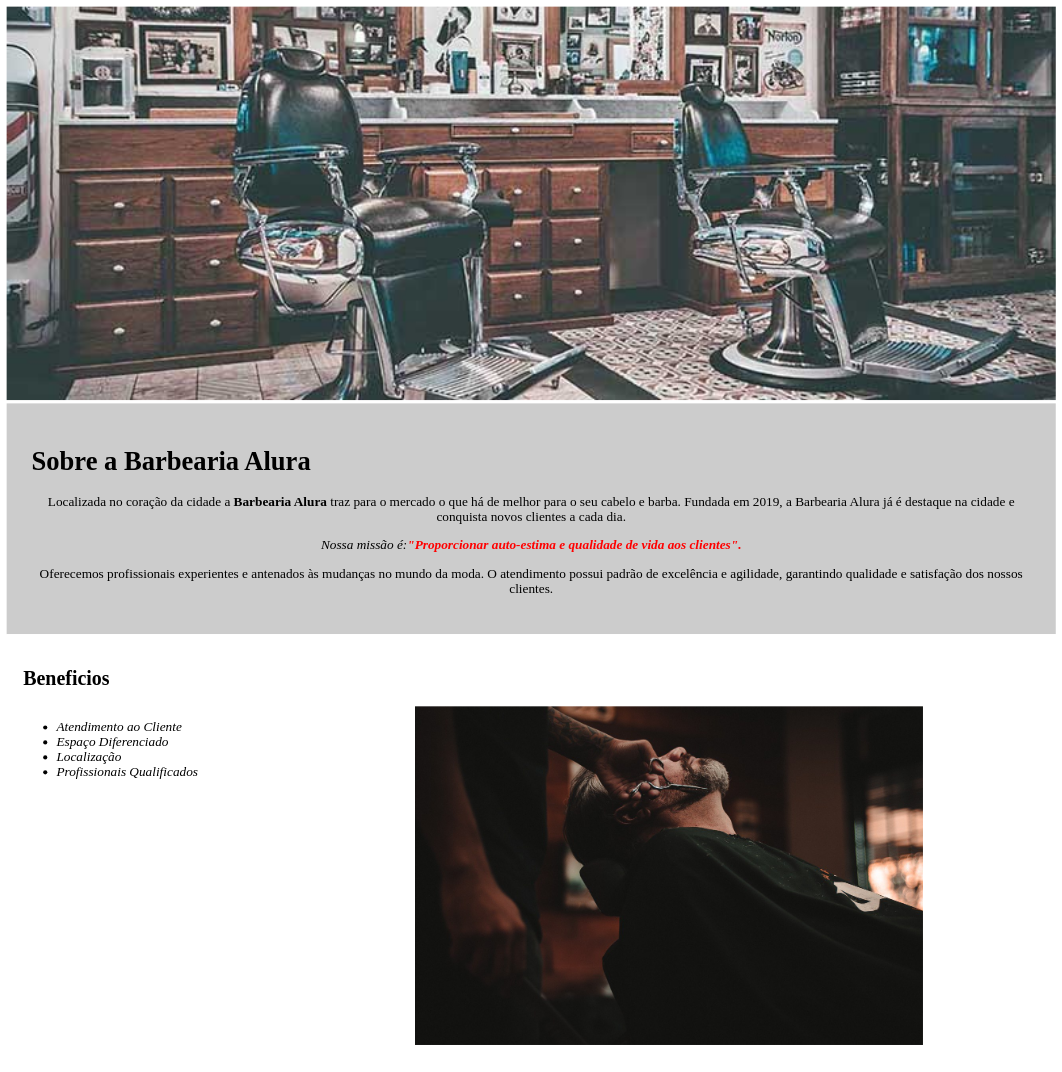
Repository: AnaBerlanda/AulaAlura
Page: index.html
The author's editor kept a copy of each file at every save. The page is drawn from the files as they stood at one save, then again after the next save.
The browser window is 1280 px wide. The pictures show the whole page, at 83% of full size.

Above is the page before, as saved 2022-04-08 15:42:34.

After the next save:
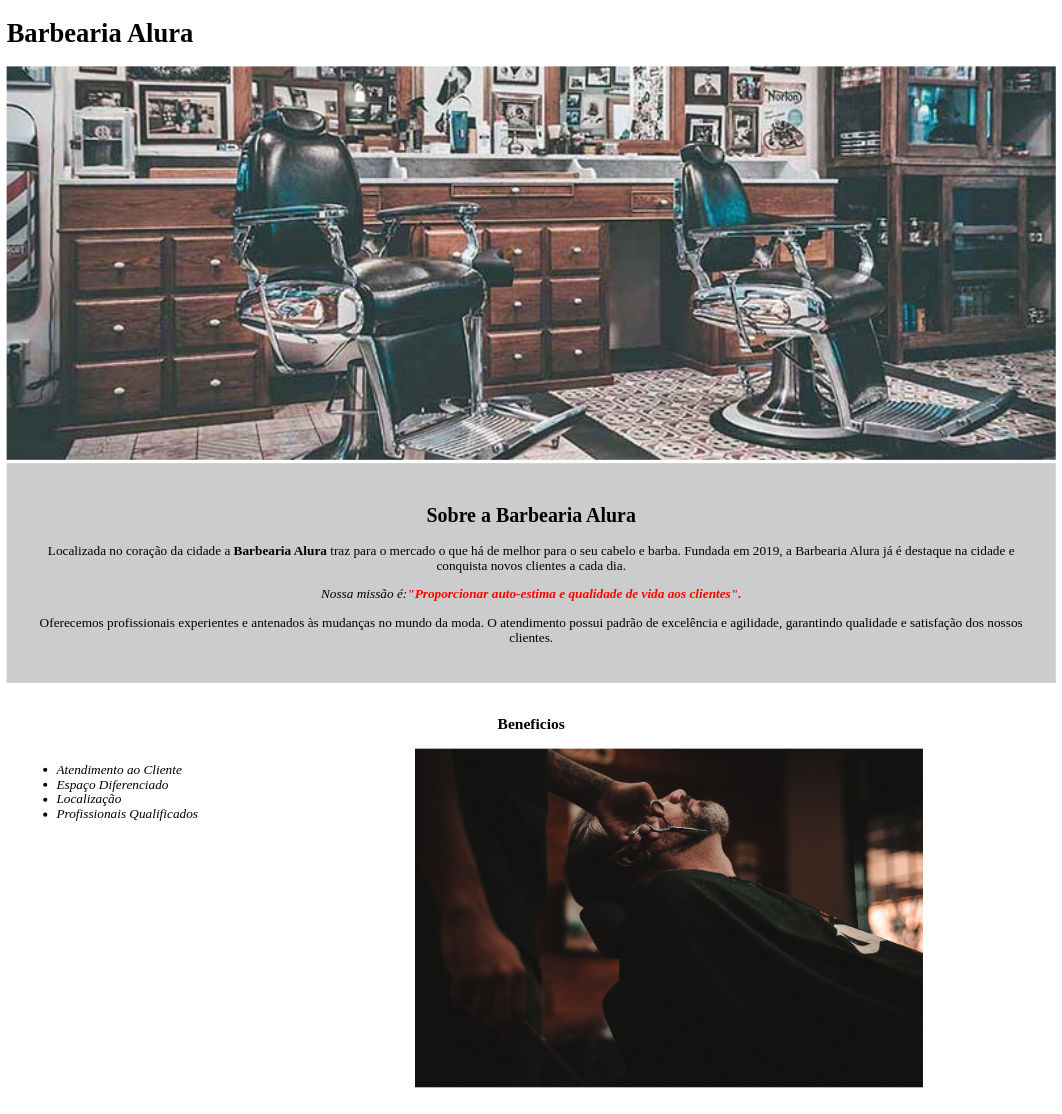
Saved 44 s later.
--- a/index.html
+++ b/index.html
@@ -7,10 +7,13 @@
     <link type="text/css" rel="stylesheet" href="index.css">
 </head>
 <body>
+    <header>
+        <h1>Barbearia Alura</h1>
+    </header>
     <img id="banner" src="imagem/banner.jpg">
     <div class="principal">
 
-        <h1>Sobre a Barbearia Alura</h1>
+        <h2 class="titulo-centralizado">Sobre a Barbearia Alura</h2>
         <p>Localizada no coração da cidade a <strong> Barbearia Alura</strong> traz para o mercado o que há de melhor para o seu cabelo e barba.
         Fundada em 2019, a Barbearia Alura já é destaque na cidade e conquista novos clientes a cada dia.</p>
         <p><em>Nossa missão é:<strong>"Proporcionar auto-estima e qualidade de vida aos clientes".</strong></em></p>
@@ -18,7 +21,7 @@
         O atendimento possui padrão de excelência e agilidade, garantindo qualidade e satisfação dos nossos clientes.</p>
     </div>
     <div class="beneficios">
-        <h2>Beneficios</h2>
+        <h3 class="titulo-centralizado">Beneficios</h3>
 
         <ul>
             <li class="itens">Atendimento ao Cliente</li>
